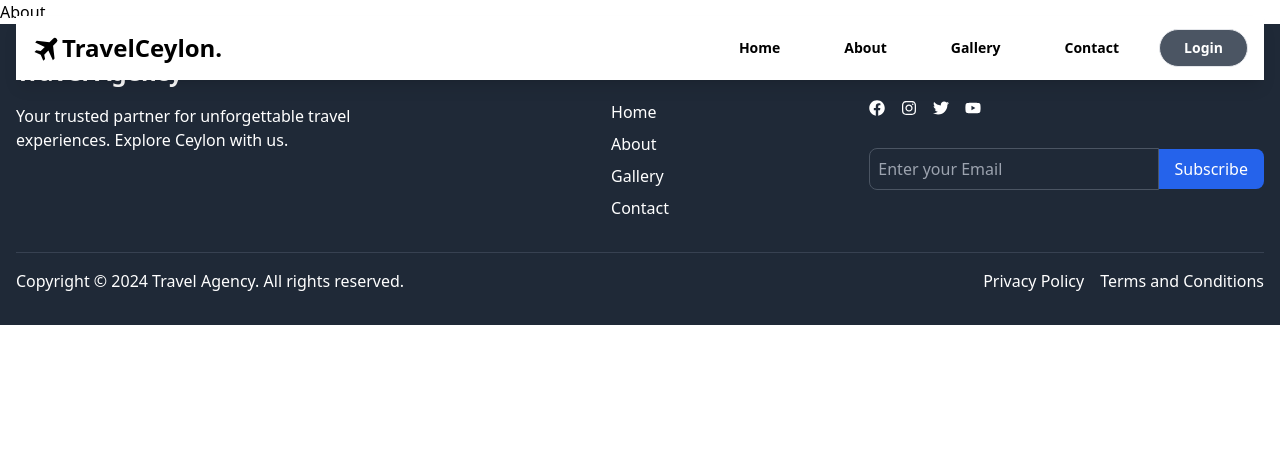
Repository: thisara199/Travel-Agency-Website
Page: /about
An editor plug-in stored every save of this project. The page is shown before and after the next save, followed by the edit.
The browser window is 1280 px wide. The pictures show the whole page.
The project was rebuilt for these pictures with package versions that can differ from the ones it lists, and the page was loaded fresh each time. Also part of the build but not shown: vite.config.js, src/components/HeroSection/HeroSection.jsx, src/components/FeaturedDestination/FeaturedDestination.jsx, src/components/Testimonials/Testimonials.jsx, src/components/Banner/Banner.jsx, src/pages/Home.jsx.

Above is the page before, as saved 2024-09-04 07:59:53.

### index.html
<!doctype html>
<html lang="en">
  <head>
    <meta charset="UTF-8" />
    <link rel="icon" type="image/svg+xml" href="/public/favicon-32x32.png" />
    <meta name="viewport" content="width=device-width, initial-scale=1.0" />
    <title>Travel Agency</title>
  </head>
  <body>
    <div id="root"></div>
    <script type="module" src="/src/main.jsx"></script>
  </body>
</html>

### src/App.jsx
import { BrowserRouter, Routes, Route } from 'react-router-dom'
import Home from './pages/Home'
import Navbar from './components/Navbar/Navbar'
import Footer from './components/Footer/Footer'
import About from './pages/About'

const App = () => {
  return (
    <BrowserRouter>
    <Navbar />
       <Routes>
        <Route path='/' element={<Home />} />
        <Route path='/about' element={<About />} />
       </Routes>
    <Footer />
    </BrowserRouter>
  )
}

export default App

### src/components/Navbar/Navbar.jsx
import { FaBars, FaTimes } from "react-icons/fa"
import { Link } from "react-router-dom"
import { useState } from "react"
import { BiSolidPlaneAlt } from "react-icons/bi";


const Navbar = () => {
  const [isOpen, setIsOpen] = useState(false)
  return (
    <nav className="fixed top-0 left-0 right-0 z-10 m-4 bg-white shadow-lg">
      <div className="container flex items-center justify-between h-16 px-4">
        <div className="flex items-center">
        <BiSolidPlaneAlt className="text-3xl"/>
        <h3 className="text-2xl font-bold">TravelCeylon.</h3>
        </div>
        <div className="items-center hidden space-x-4 text-sm font-bold md:flex ">
          <Link to="/" className="px-6 py-2 hover:bg-gray-600 hover:text-white">Home</Link>
          <Link to="/about" className="px-6 py-2 hover:bg-gray-600 hover:text-white">About</Link>
          <Link to="/gallery" className="px-6 py-2 hover:bg-gray-600 hover:text-white">Gallery</Link>
          <Link to="/contact" className="px-6 py-2 hover:bg-gray-600 hover:text-white">Contact</Link>
          <button className="px-6 py-2 text-white bg-gray-600 border rounded-full hover:scale-105 hover:bg-gray-500">Login</button>
        </div>
        <div className="md:hidden">
          <button onClick={() => setIsOpen(!isOpen)}>
            {isOpen ? <FaTimes /> : <FaBars />}
          </button>
        </div>
      </div>
      <div>
        {isOpen && (
           <div className="flex flex-col items-center pb-10 space-y-6 font-bold bg-white md:hidden">
           <Link to="/" className="px-6 py-2 hover:bg-gray-600 hover:text-white">Home</Link>
           <Link to="/about" className="px-6 py-2 hover:bg-gray-600 hover:text-white">About</Link>
           <Link to="/gallery" className="px-6 py-2 hover:bg-gray-600 hover:text-white">Gallery</Link>
           <Link to="/about" className="px-6 py-2 hover:bg-gray-600 hover:text-white">About</Link>
           <button className="px-6 py-2 text-white bg-gray-600 border rounded-full hover:scale-105 hover:bg-gray-500">Login</button>
         </div>
        )}
      </div>
    </nav>
  )
}

export default Navbar

### src/components/Footer/Footer.jsx
import { FaFacebook, FaInstagram, FaYoutube } from "react-icons/fa";
import { FaTwitter } from "react-icons/fa6";
import { Link } from "react-router-dom";

const Footer = () => {
  return (
    <div className="py-8 text-white bg-gray-800">
      <div className="container px-4 mx-auto">
        <div className="grid gap-8 sm:grid-cols-1 lg:grid-cols-3">
          <div>
            <h2 className="mb-4 text-2xl font-bold">Travel Agency</h2>
            <p className="mb-4">
              Your trusted partner for unforgettable travel experiences. Explore
              Ceylon with us.
            </p>
          </div>
          <div className="flex flex-col md:items-center">
            <h4 className="text-lg font-semibold">Quick Links</h4>
            <div className="flex flex-col mt-4 space-y-2">
              <Link to="/">Home</Link>
              <Link to="/about">About</Link>
              <Link to="/gallery">Gallery</Link>
              <Link to="/contact">Contact</Link> {/* Updated link */}
            </div>
          </div>
          <div>
            <h2 className="mb-4 text-xl font-bold">Follow Us</h2>
            <div className="flex mb-4 space-x-4">
              <FaFacebook className="text-white hover:text-gray-400" aria-label="Facebook" />
              <FaInstagram className="text-white hover:text-gray-400" aria-label="Instagram" />
              <FaTwitter className="text-white hover:text-gray-400" aria-label="Twitter" />
              <FaYoutube className="text-white hover:text-gray-400" aria-label="YouTube" />
            </div>
            <form action="" className="flex items-center mt-8">
              <input
                type="email"
                placeholder="Enter your Email"
                className="w-full p-2 bg-gray-800 border border-gray-600 rounded-l-lg"
              />
              <button
                type="submit"
                className="px-4 py-2 text-white bg-blue-600 rounded-r-lg hover:bg-blue-700"
              >
                Subscribe
              </button>
            </form>
          </div>
        </div>
        <div className="flex justify-between pt-4 mt-8 border-t border-gray-700">
          <p>Copyright &copy; 2024 Travel Agency. All rights reserved.</p>
          <div className="flex space-x-4">
            <Link to="/privacy" className="hover:text-gray-400">Privacy Policy</Link>
            <Link to="/terms" className="hover:text-gray-400">Terms and Conditions</Link>
          </div>
        </div>
      </div>
    </div>
  );
};

export default Footer;

### src/pages/About.jsx


const About = () => {
  return (
    <div>
      About
    </div>
  )
}

export default About

### src/components/Services/Services.jsx
import { FaConciergeBell, FaHotel, FaPlane, FaUmbrellaBeach } from 'react-icons/fa';

const services = [
  {
    icon: <FaPlane className='text-4xl text-blue-500' />,
    title: 'Flight Booking',
    description: 'Effortlessly book your flights with our streamlined process and find the best deals.',
  },
  {
    icon: <FaHotel className='text-4xl text-blue-500' />,
    title: 'Hotel Booking',
    description: 'Secure your ideal hotel stay quickly with our simple booking system and exclusive offers.',
  },
  {
    icon: <FaUmbrellaBeach className='text-4xl text-blue-500' />,
    title: 'Beach Tours',
    description: 'Discover pristine beaches and breathtaking views with our curated beach tour packages.',
  },
  {
    icon: <FaConciergeBell className='text-4xl text-blue-500' />,
    title: 'Concierge Services',
    description: 'Enjoy personalized concierge services that cater to all your needs, ensuring a seamless experience.',
  },
];

const Services = () => {
  return (
    <div className='py-12 bg-gray-100'>
      <div className='container px-4 mx-auto'>
        <h2 className='mb-8 text-3xl font-bold text-center'>Our Services</h2>
        <div data-aos="flip-left" className='grid gap-6 sm:grid-cols-2 lg:grid-cols-3 xl:grid-cols-4 '>
          {services.map((service) => (
            <div  key={service.title} className='flex flex-col items-center p-8 transition duration-300 transform bg-white rounded-lg shadow-md cursor-pointer hover:scale-110'>
              <div className='flex justify-center py-6 mb-4'>
                {service.icon}
              </div>
              <h3 className='mb-2 text-xl font-bold text-center'>{service.title}</h3>
              <p className='py-5 text-center text-gray-600'>{service.description}</p>
            </div>
          ))}
        </div>
      </div>
    </div>
  );
};

export default Services;

Loaded but not shown: src/main.jsx (common file); src/index.css (common file); tailwind.config.js (common file)

After the next save:
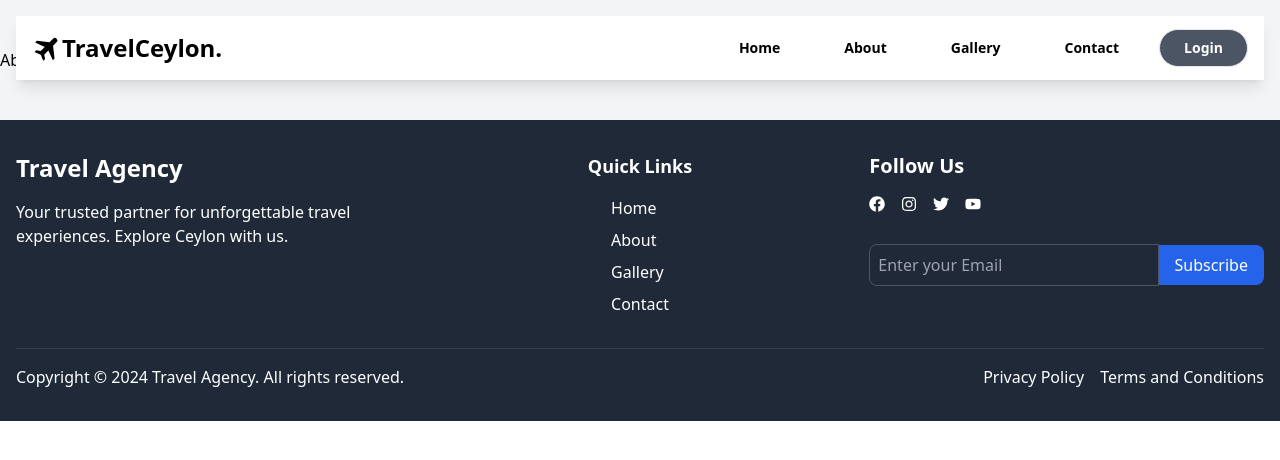
Saved 16 s later.
--- a/src/pages/About.jsx
+++ b/src/pages/About.jsx
@@ -2,7 +2,7 @@
 
 const About = () => {
   return (
-    <div>
+    <div className="py-12 bg-gray-100">
       About
     </div>
   )
